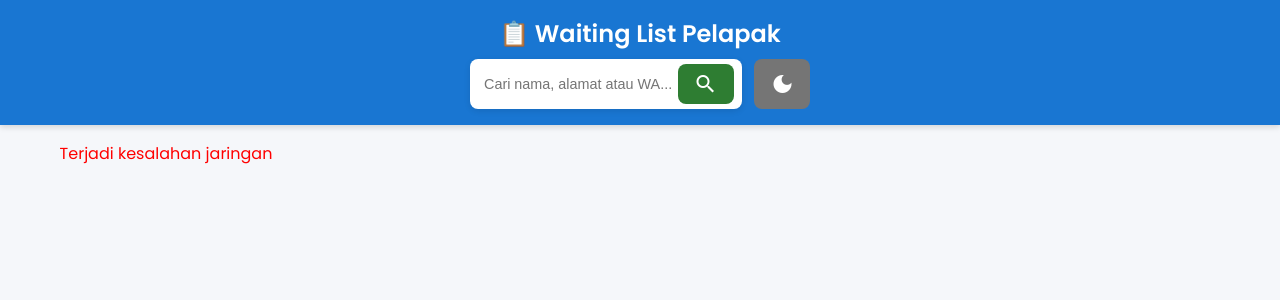
Repository: pasarrakyatbak/WaitingListforPanitia
Page: index.html
These files come from the project's save history. The page is drawn as it stood at one moment and after the next save; the edit follows.
The browser window is 1280 px wide. The pictures show the whole page.
The page's requests for data from a server got no answer.

Above is the page before, as saved 2025-09-25 15:45:24.

### index.html
<!DOCTYPE html>
<html lang="id">

<head>
    <meta charset="UTF-8">
    <meta name="viewport" content="width=device-width, initial-scale=1.0">
    <title>Waiting List Pelapak</title>
    <link rel="stylesheet" href="style.css">
    <link href="https://fonts.googleapis.com/css2?family=Poppins:wght@400;500;600&display=swap" rel="stylesheet">
    <link href="https://fonts.googleapis.com/icon?family=Material+Icons" rel="stylesheet">
</head>

<body>
    <header class="app-bar">
        <h1>📋 Waiting List Pelapak</h1>
        <div class="header-actions">
            <div class="search-container">
                <input type="text" id="searchInput" placeholder="Cari nama, alamat atau WA...">
                <button id="searchBtn" class="btn primary">
                    <span class="material-icons">search</span>
                </button>
            </div>
            <button id="darkSwitch" class="btn secondary">
                <span class="material-icons">dark_mode</span>
            </button>
        </div>
    </header>

    <main class="container">
        <!-- Loader Global -->
        <div id="loader" class="loader hidden">
            <div class="spinner"></div>
            <p>Sedang memuat data...</p>
        </div>

        <!-- List Container -->
        <div id="listContainer" class="grid"></div>

        <!-- Pagination -->
        <div id="pagination" class="pagination"></div>
    </main>

    <!-- Modal Konfirmasi -->
    <div id="modal" class="modal hidden">
        <div class="modal-content">
            <p id="modalMessage"></p>
            <div class="modal-actions">
                <button id="confirmBtn" class="btn primary">
                    <span class="btn-text">Ya</span>
                    <span class="btn-spinner hidden"></span>
                </button>
                <button id="cancelBtn" class="btn secondary">Batal</button>
            </div>
        </div>
    </div>

    <!-- Toast Notification -->
    <div id="toast" class="toast hidden">
        <span id="toastMessage"></span>
        <button id="toastClose">&times;</button>
    </div>

    <script src="script.js"></script>
</body>

</html>

### style.css
/* Reset & global */
* {
    margin: 0;
    padding: 0;
    box-sizing: border-box;
}

body {
    font-family: "Poppins", sans-serif;
    background: #f5f7fa;
    color: #333;
    display: flex;
    flex-direction: column;
    min-height: 100vh;
    transition: background 0.4s, color 0.4s;
}

/* App Bar */
.app-bar {
    background: #1976d2;
    color: #fff;
    padding: 1rem;
    text-align: center;
    box-shadow: 0 2px 6px rgba(0, 0, 0, 0.15);
    position: sticky;
    top: 0;
    z-index: 10;
}

.app-bar h1 {
    font-size: 1.5rem;
    font-weight: 600;
    margin-bottom: 0.5rem;
}

.header-actions {
    display: flex;
    justify-content: center;
    gap: 0.8rem;
    flex-wrap: wrap;
}

/* Search */
.search-container {
    display: flex;
    align-items: center;
    background: #fff;
    border-radius: 8px;
    padding: 0.3rem 0.5rem;
    box-shadow: 0 2px 6px rgba(0, 0, 0, 0.1);
}

.search-container input {
    border: none;
    outline: none;
    padding: 0.4rem;
    width: 200px;
    font-size: 0.9rem;
}

.search-container button {
    background: transparent;
    border: none;
    cursor: pointer;
    color: #1976d2;
    font-size: 1.2rem;
}

/* Loader */
.loader {
    display: flex;
    flex-direction: column;
    align-items: center;
    margin: 2rem 0;
    gap: 0.8rem;
}

.loader.hidden {
    display: none;
}

.spinner {
    border: 4px solid #eee;
    border-top: 4px solid #1976d2;
    border-radius: 50%;
    width: 36px;
    height: 36px;
    animation: spin 1s linear infinite;
}

@keyframes spin {
    100% {
        transform: rotate(360deg);
    }
}

/* Grid layout */
.grid {
    display: grid;
    gap: 1rem;
    margin: 1rem;
}

@media(min-width: 600px) {
    .grid {
        grid-template-columns: repeat(2, 1fr);
    }
}

@media(min-width: 900px) {
    .grid {
        grid-template-columns: repeat(3, 1fr);
    }
}

@media(min-width: 1200px) {
    .grid {
        grid-template-columns: repeat(4, 1fr);
    }
}

/* Card */
.card {
    background: #fff;
    border-radius: 14px;
    padding: 1rem;
    box-shadow: 0 4px 12px rgba(0, 0, 0, 0.08);
    transition: transform 0.25s, box-shadow 0.25s;
}

.card:hover {
    transform: translateY(-4px);
    box-shadow: 0 8px 20px rgba(0, 0, 0, 0.15);
}

.card.done {
    border-left: 6px solid #2e7d32;
    background: #f1f8f4;
}

.card .title {
    font-size: 1.1rem;
    font-weight: 600;
    margin-bottom: 0.4rem;
}

.card .subtitle {
    font-size: 0.9rem;
    color: #555;
    margin-bottom: 0.3rem;
}

.card .actions {
    margin-top: 0.8rem;
    display: flex;
    gap: 0.5rem;
}

/* Buttons */
.btn {
    padding: 0.5rem 1rem;
    border-radius: 8px;
    cursor: pointer;
    font-size: 0.85rem;
    font-weight: 500;
    border: none;
    display: flex;
    align-items: center;
    gap: 0.3rem;
    transition: 0.3s;
}

.btn.primary {
    background: #2e7d32;
    color: #fff;
}

.btn.primary:hover {
    background: #1b5e20;
}

.btn.secondary {
    background: #757575;
    color: #fff;
}

.btn.secondary:hover {
    background: #616161;
}

.btn.danger {
    background: #d32f2f;
    color: #fff;
}

.btn.danger:hover {
    background: #b71c1c;
}

/* Modal */
.modal {
    position: fixed;
    inset: 0;
    background: rgba(0, 0, 0, 0.45);
    display: flex;
    align-items: center;
    justify-content: center;
    z-index: 1000;
}

.modal.hidden {
    display: none;
}

.modal-content {
    background: #fff;
    padding: 1.5rem;
    border-radius: 12px;
    width: 90%;
    max-width: 360px;
    text-align: center;
    animation: fadeInUp 0.3s ease;
}

.modal-actions {
    margin-top: 1rem;
    display: flex;
    justify-content: space-around;
}

/* Toast */
.toast {
    position: fixed;
    top: 50%;
    left: 50%;
    transform: translate(-50%, -50%) scale(0.9);
    background: #323232;
    color: #fff;
    padding: 1rem 1.2rem;
    border-radius: 12px;
    font-size: 0.95rem;
    box-shadow: 0 6px 20px rgba(0, 0, 0, 0.2);
    opacity: 0;
    display: flex;
    align-items: center;
    gap: 1rem;
    transition: opacity 0.4s, transform 0.4s;
    z-index: 2000;
}

.toast.show {
    opacity: 1;
    transform: translate(-50%, -50%) scale(1);
}

.toast.success {
    background: #2e7d32;
}

.toast.error {
    background: #d32f2f;
}

.toast button {
    background: transparent;
    border: none;
    color: #fff;
    font-size: 1.2rem;
    cursor: pointer;
}

/* Pagination */
.pagination {
    display: flex;
    justify-content: center;
    gap: 0.5rem;
    margin: 1rem 0;
}

.pagination button {
    padding: 0.4rem 0.8rem;
    border-radius: 6px;
    border: 1px solid #1976d2;
    background: #fff;
    color: #1976d2;
    cursor: pointer;
}

.pagination button.active {
    background: #1976d2;
    color: #fff;
}

/* Animasi */
@keyframes fadeInUp {
    from {
        transform: translateY(20px);
        opacity: 0;
    }

    to {
        transform: translateY(0);
        opacity: 1;
    }
}

/* Dark Mode */
body.dark {
    background: #121212;
    color: #e5e5e5;
}

body.dark .app-bar {
    background: #1f1f1f;
}

body.dark .card {
    background: #1e1e1e;
    color: #e5e5e5;
    box-shadow: 0 4px 12px rgba(0, 0, 0, 0.6);
}

body.dark .modal-content {
    background: #2c2c2c;
}

body.dark .pagination button {
    border-color: #4caf50;
    color: #4caf50;
    background: #121212;
}

body.dark .pagination button.active {
    background: #4caf50;
    color: #fff;
}

### script.js
const URL_API = "https://script.google.com/macros/s/AKfycby4z2qZ24SrJkcyGpybH29lSUC_3_z1LG-7wSmTzpaOEXrwjXf0Cl3hqkg95qAxPj1-/exec";

const listContainer = document.getElementById("listContainer");
const modal = document.getElementById("modal");
const modalMessage = document.getElementById("modalMessage");
const confirmBtn = document.getElementById("confirmBtn");
const cancelBtn = document.getElementById("cancelBtn");
const loader = document.getElementById("loader");
const btnText = confirmBtn.querySelector(".btn-text");
const btnSpinner = confirmBtn.querySelector(".btn-spinner");
const searchInput = document.getElementById("searchInput");
const searchBtn = document.getElementById("searchBtn");
const paginationDiv = document.getElementById("pagination");
const darkSwitch = document.getElementById("darkSwitch");

let selectedItem = null;
let selectedAction = null;
let selectedCardButton = null;
let currentPage = 1;
let totalPages = 1;
let currentKeyword = "";

// Loader global
function showLoader() { loader.classList.remove("hidden"); }
function hideLoader() { loader.classList.add("hidden"); }

// Spinner modal Ya
function setButtonLoading(state) {
    if (state) { btnText.textContent = "Memproses..."; btnSpinner.classList.remove("hidden"); confirmBtn.disabled = true; }
    else { btnText.textContent = "Ya"; btnSpinner.classList.add("hidden"); confirmBtn.disabled = false; }
}

// Load data
async function loadData(page = 1, limit = 10, keyword = "") {
    showLoader();
    let url = keyword && keyword.trim() !== ""
        ? `${URL_API}?action=searchWaitingList&keyword=${encodeURIComponent(keyword)}&page=${page}&limit=${limit}`
        : `${URL_API}?action=waitingList&page=${page}&limit=${limit}`;
    try {
        const res = await fetch(url);
        const json = await res.json();
        listContainer.innerHTML = "";
        if (json.success) {
            json.data.forEach(item => renderCard(item));
            currentPage = page;
            totalPages = json.totalPages || 1;
            renderPagination();
        } else {
            listContainer.innerHTML = `<p style="text-align:center;">${json.message || 'Gagal mengambil data'}</p>`;
            paginationDiv.innerHTML = "";
        }
    } catch (err) {
        console.error("Error loadData:", err);
        listContainer.innerHTML = `<p style="text-align:center; color:red;">Terjadi kesalahan jaringan</p>`;
        paginationDiv.innerHTML = "";
    } finally { hideLoader(); }
}

// Render card
function renderCard(item) {
    const card = document.createElement("div");
    card.classList.add("card");
    if (item.status === "done") card.classList.add("done");
    card.dataset.no = item.no;

    card.innerHTML = `
      <div class="title">${item.no}. ${item.nama}</div>
      <div class="subtitle"><strong>Alamat:</strong> ${item.alamat}</div>
      <div class="subtitle"><strong>Jualan:</strong> ${item.jualan}</div>
      <div class="subtitle"><strong>WA:</strong> ${item.nomor_wa}</div>
      <div class="actions">
        <button class="btn primary">
          Done <span class="btn-card-spinner hidden"></span>
        </button>
        <button class="btn danger">
          Hapus <span class="btn-card-spinner hidden"></span>
        </button>
      </div>
    `;

    const btnDone = card.querySelector(".btn.primary");
    const btnHapus = card.querySelector(".btn.danger");
    const spinnerDone = btnDone.querySelector(".btn-card-spinner");
    const spinnerHapus = btnHapus.querySelector(".btn-card-spinner");

    btnDone.addEventListener("click", () => {
        selectedItem = item;
        selectedAction = "done";
        selectedCardButton = btnDone;
        modalMessage.textContent = `Tandai "${item.nama}" sebagai Done?`;
        modal.classList.remove("hidden");
    });

    btnHapus.addEventListener("click", () => {
        selectedItem = item;
        selectedAction = "delete";
        selectedCardButton = btnHapus;
        modalMessage.textContent = `Hapus "${item.nama}" dari waiting list?`;
        modal.classList.remove("hidden");
    });

    listContainer.appendChild(card);
}

// Modal cancel
cancelBtn.addEventListener("click", () => {
    modal.classList.add("hidden");
    selectedItem = null;
    selectedAction = null;
    selectedCardButton = null;
});

// Modal confirm
confirmBtn.addEventListener("click", async () => {
    if (!selectedItem || !selectedAction) {
        modal.classList.add("hidden");
        return;
    }

    const actionApi = selectedAction === "done" ? "approveWaitingList" : "deleteWaitingList";

    // Spinner modal Ya
    setButtonLoading(true);

    // Spinner tombol card (Done atau Hapus)
    const spinnerCard = selectedCardButton.querySelector(".btn-card-spinner");
    selectedCardButton.disabled = true;
    spinnerCard.classList.remove("hidden");

    try {
        const res = await fetch(URL_API, {
            method: "POST",
            body: new URLSearchParams({
                action: actionApi,
                no: selectedItem.no
            })
        });
        const json = await res.json();

        if (json.success) {
            if (selectedAction === "done") {
                markAsDone(selectedItem.no);
                showToast(`"${selectedItem.nama}" ditandai Done ✅`, "success");
            } else { // Hapus
                removeCard(selectedItem.no);
                showToast(`"${selectedItem.nama}" berhasil dihapus ❌`, "success");
            }
        } else {
            showToast(json.message || "Gagal update data", "error");
        }
    } catch (err) {
        console.error("Error confirm:", err);
        showToast("Kesalahan jaringan", "error");
    } finally {
        setButtonLoading(false);
        spinnerCard.classList.add("hidden"); // Hentikan spinner
        selectedCardButton.disabled = false;  // Aktifkan kembali tombol card
        modal.classList.add("hidden");
        selectedItem = null;
        selectedAction = null;
        selectedCardButton = null;
    }
});

function markAsDone(no) {
    const card = listContainer.querySelector(`.card[data-no="${no}"]`);
    if (card) card.classList.add("done");
}

function removeCard(no) {
    const card = listContainer.querySelector(`.card[data-no="${no}"]`);
    if (card) card.remove();
}

// Toast
function showToast(message, type = "success") {
    const toast = document.getElementById("toast");
    const toastMessage = document.getElementById("toastMessage");
    const toastClose = document.getElementById("toastClose");
    toastMessage.textContent = message;
    toast.className = `toast ${type} show`;
    const timer = setTimeout(() => { toast.className = "toast hidden"; }, 3000);
    toastClose.onclick = () => { clearTimeout(timer); toast.className = "toast hidden"; };
}

// Pagination
function renderPagination() {
    paginationDiv.innerHTML = "";
    for (let i = 1; i <= totalPages; i++) {
        const btn = document.createElement("button");
        btn.textContent = i;
        if (i === currentPage) btn.classList.add("active");
        btn.addEventListener("click", () => { loadData(i, 10, currentKeyword); });
        paginationDiv.appendChild(btn);
    }
}

// Search
searchBtn.addEventListener("click", () => {
    currentKeyword = searchInput.value.trim();
    loadData(1, 10, currentKeyword);
});

searchInput.addEventListener("keypress", (e) => {
    if (e.key === "Enter") { searchBtn.click(); }
});
// Cek preferensi di localStorage
if (localStorage.getItem("darkMode") === "true") {
    document.body.classList.add("dark");
    darkSwitch.textContent = "☀️ Light Mode";
}

// Toggle dark mode
darkSwitch.addEventListener("click", () => {
    document.body.classList.toggle("dark");
    const isDark = document.body.classList.contains("dark");
    localStorage.setItem("darkMode", isDark);
    darkSwitch.textContent = isDark ? "☀️ Light Mode" : "🌙 Dark Mode";
});
// Load awal
window.addEventListener("DOMContentLoaded", () => { loadData(); });

After the next save:
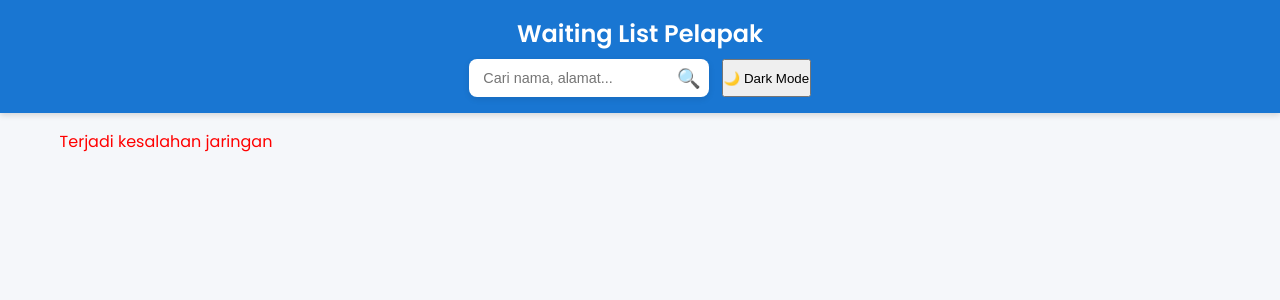
Saved 2 min 16 s later.
--- a/index.html
+++ b/index.html
@@ -5,59 +5,53 @@
     <meta charset="UTF-8">
     <meta name="viewport" content="width=device-width, initial-scale=1.0">
     <title>Waiting List Pelapak</title>
+    <link href="https://fonts.googleapis.com/css2?family=Poppins:wght@400;500;600&display=swap" rel="stylesheet">
     <link rel="stylesheet" href="style.css">
-    <link href="https://fonts.googleapis.com/css2?family=Poppins:wght@400;500;600&display=swap" rel="stylesheet">
-    <link href="https://fonts.googleapis.com/icon?family=Material+Icons" rel="stylesheet">
 </head>
 
 <body>
-    <header class="app-bar">
-        <h1>📋 Waiting List Pelapak</h1>
+    <!-- App Bar -->
+    <div class="app-bar">
+        <h1>Waiting List Pelapak</h1>
         <div class="header-actions">
             <div class="search-container">
-                <input type="text" id="searchInput" placeholder="Cari nama, alamat atau WA...">
-                <button id="searchBtn" class="btn primary">
-                    <span class="material-icons">search</span>
-                </button>
+                <input type="text" id="searchInput" placeholder="Cari nama, alamat...">
+                <button id="searchBtn">🔍</button>
             </div>
-            <button id="darkSwitch" class="btn secondary">
-                <span class="material-icons">dark_mode</span>
-            </button>
+            <button id="darkSwitch">🌙 Dark Mode</button>
         </div>
-    </header>
+    </div>
 
-    <main class="container">
-        <!-- Loader Global -->
-        <div id="loader" class="loader hidden">
-            <div class="spinner"></div>
-            <p>Sedang memuat data...</p>
-        </div>
+    <!-- Loader -->
+    <div class="loader hidden" id="loader">
+        <div class="spinner"></div>
+        <div>Memuat data...</div>
+    </div>
 
-        <!-- List Container -->
-        <div id="listContainer" class="grid"></div>
+    <!-- List Container -->
+    <div class="grid" id="listContainer"></div>
 
-        <!-- Pagination -->
-        <div id="pagination" class="pagination"></div>
-    </main>
+    <!-- Pagination -->
+    <div class="pagination" id="pagination"></div>
 
-    <!-- Modal Konfirmasi -->
-    <div id="modal" class="modal hidden">
+    <!-- Modal -->
+    <div class="modal hidden" id="modal">
         <div class="modal-content">
-            <p id="modalMessage"></p>
+            <div id="modalMessage"></div>
             <div class="modal-actions">
-                <button id="confirmBtn" class="btn primary">
+                <button class="btn secondary" id="cancelBtn">Batal</button>
+                <button class="btn primary" id="confirmBtn">
                     <span class="btn-text">Ya</span>
                     <span class="btn-spinner hidden"></span>
                 </button>
-                <button id="cancelBtn" class="btn secondary">Batal</button>
             </div>
         </div>
     </div>
 
-    <!-- Toast Notification -->
-    <div id="toast" class="toast hidden">
+    <!-- Toast -->
+    <div class="toast hidden" id="toast">
         <span id="toastMessage"></span>
-        <button id="toastClose">&times;</button>
+        <button id="toastClose">✖</button>
     </div>
 
     <script src="script.js"></script>
